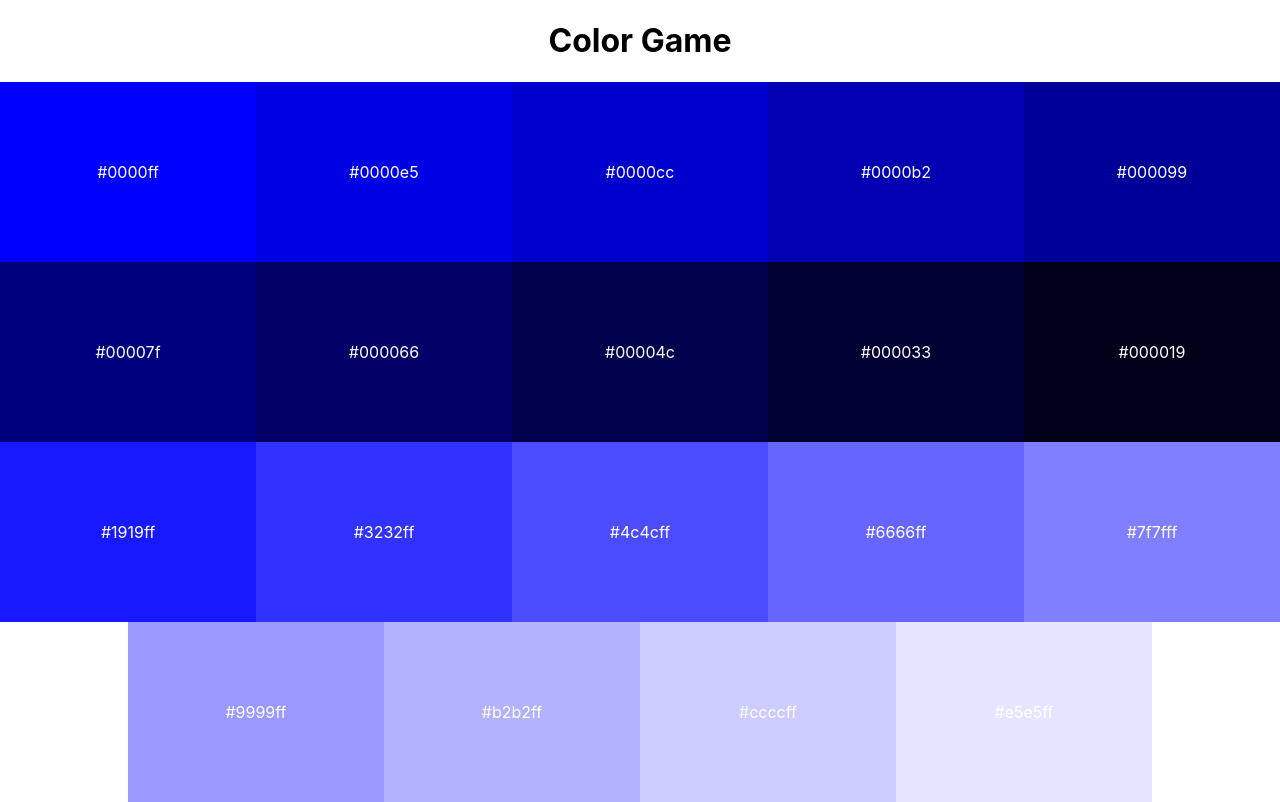
Repository: johnmutina/shades_of_blue
Page: /
An editor plug-in stored every save of this project. The page is shown before and after the next save, followed by the edit.
The browser window is 1280 px wide. The pictures show the whole page.
The project was rebuilt for these pictures with package versions that can differ from the ones it lists, and the page was loaded fresh each time.

Above is the page before, as saved 2019-06-22 15:07:41.

### src/App.js
import React from 'react';
import ColorBoxes from './ColorBoxes';
import './App.css';

function App() {
  return (
    <div className="App">
      <ColorBoxes />
    </div>
  );
}

export default App;

### src/ColorBoxes.js
import React, { Component } from 'react';
import ColorBox from './ColorBox';

class ColorBoxes extends Component {
    constructor(props){
        super(props);
        this.state = {

        }
        this.handleClick = this.handleClick.bind(this);
    }

    handleClick() {
        console.log("test");
    }

    render(){
        let colorArr = ["#0000ff",
        "#0000e5",
        "#0000cc",
        "#0000b2",
        "#000099",
        "#00007f",
        "#000066",
        "#00004c",
        "#000033",
        "#000019",
        "#1919ff",
        "#3232ff",
        "#4c4cff",
        "#6666ff",
        "#7f7fff",
        "#9999ff",
        "#b2b2ff",
        "#ccccff",
        "#e5e5ff"]
        // ['#FF6633', '#FFB399', '#FF33FF', '#FFFF99', '#00B3E6', '#E6B333', '#3366E6', '#999966', '#99FF99', '#B34D4D', '#80B300', '#809900', '#E6B3B3', '#6680B3', '#66991A', '#FF99E6', '#CCFF1A', '#FF1A66', '#E6331A', '#33FFCC'];
        // let idx = Math.floor(Math.random() * colorArr.length);
        return (
            <div>
                <h1>Color Game</h1>
                {colorArr.map(el => <ColorBox color={el} allColors={colorArr}/>)}
            </div>
        )
    }
}

export default ColorBoxes;

### src/ColorBox.js
import React, { Component } from 'react';
import './ColorBox.css';

class ColorBox extends Component {
    constructor(props){
        super(props);
        this.state = {
            color: this.props.color
        }
        this.handleClick = this.handleClick.bind(this);
        this.changeColor = this.changeColor.bind(this);
    }

    changeColor() {
        let newColors = this.props.allColors.filter(val => val !== this.props.color)
        let idx = Math.floor(Math.random() * newColors.length);
        this.setState({ color: newColors[idx] });
    }

    handleClick() {
        this.changeColor();
    }

    render(){
        return (
            <div className="ColorBox" style={{backgroundColor: this.state.color}} onClick={this.handleClick}>{this.props.color}</div>
        )
    }
}

export default ColorBox;

### src/ColorBox.css
.ColorBox {
    display: inline-block;
    color: white;
    width: 20%;
    height: 100px;
    padding-top: 80px;
}

Loaded but not shown: public/index.html (common file); src/index.js (common file); src/index.css (common file); src/serviceWorker.js (common file); src/App.css (common file)

After the next save:
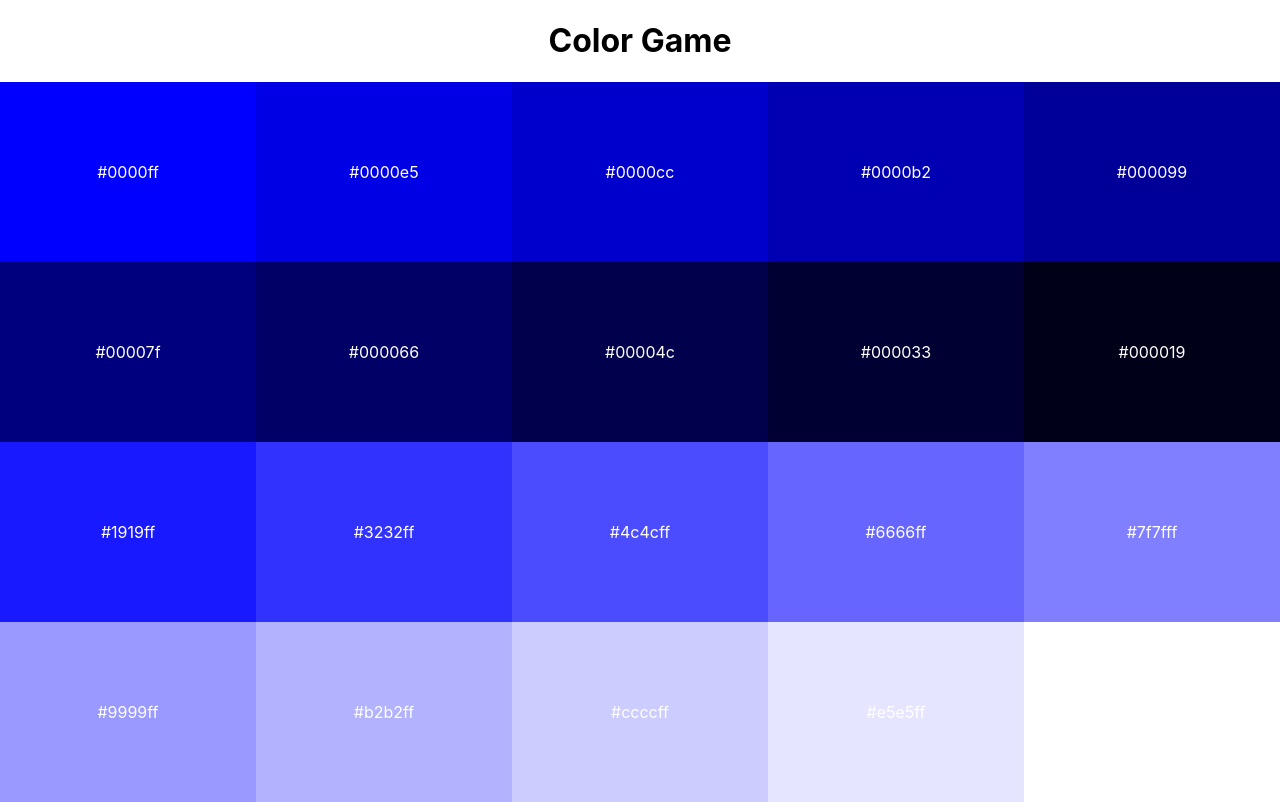
Saved 18 s later.
--- a/src/ColorBoxes.js
+++ b/src/ColorBoxes.js
@@ -33,7 +33,8 @@ class ColorBoxes extends Component {
         "#9999ff",
         "#b2b2ff",
         "#ccccff",
-        "#e5e5ff"]
+        "#e5e5ff",
+        "#ffffff"]
         // ['#FF6633', '#FFB399', '#FF33FF', '#FFFF99', '#00B3E6', '#E6B333', '#3366E6', '#999966', '#99FF99', '#B34D4D', '#80B300', '#809900', '#E6B3B3', '#6680B3', '#66991A', '#FF99E6', '#CCFF1A', '#FF1A66', '#E6331A', '#33FFCC'];
         // let idx = Math.floor(Math.random() * colorArr.length);
         return (
